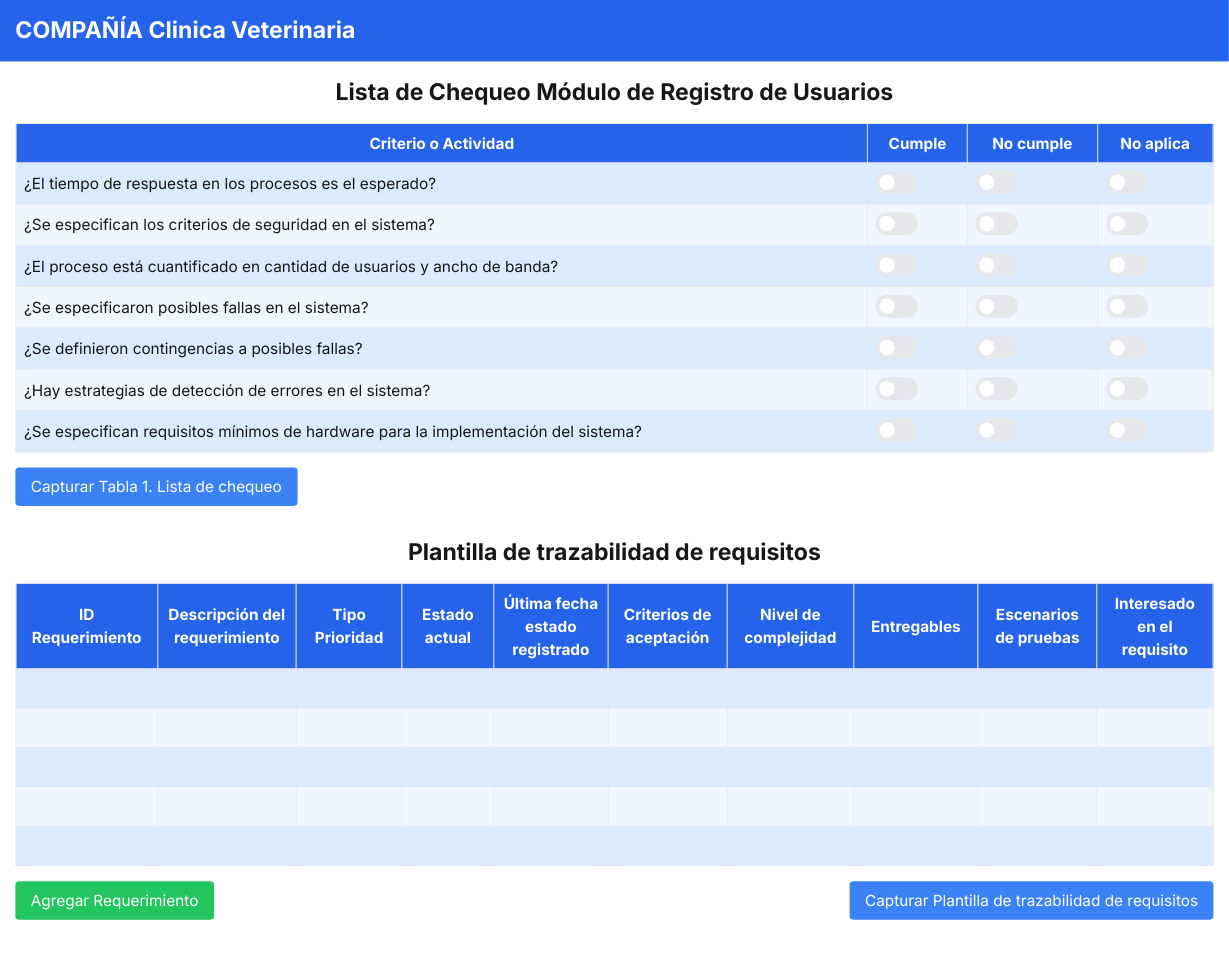
Repository: CiroAlfa/lista-de-Chequeo
Page: /
These files come from the project's save history. The page is drawn as it stood at one moment and after the next save; the edit follows.
The browser window is 1280 px wide. The pictures show the whole page, at 96% of full size.
The project was rebuilt for these pictures with package versions that can differ from the ones it lists, and the page was loaded fresh each time. The framework's server and built-in components were replaced by stand-ins that run in the browser. Also part of the build but not shown: next.config.mjs.

Above is the page before, as saved 2024-09-27 13:06:28.

After the next save:
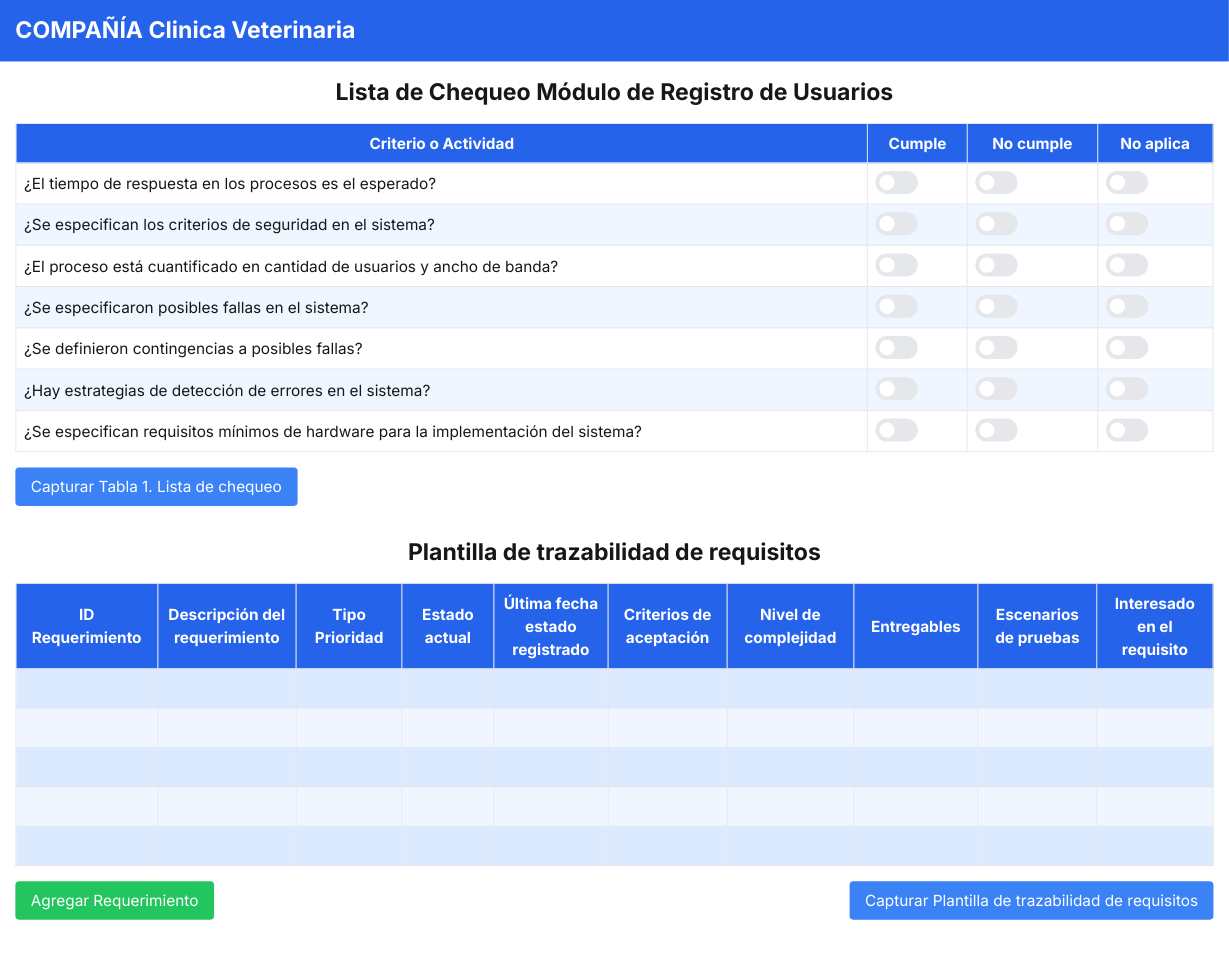
Saved 27 s later.
--- a/src/app/page.tsx
+++ b/src/app/page.tsx
@@ -116,7 +116,7 @@
           </thead>
           <tbody>
             {checklist.map((item, index) => (
-              <tr key={item.id} className={index % 2 === 0 ? 'bg-blue-100' : 'bg-blue-50'}>
+              <tr key={item.id} className={index % 2 === 0 ? 'bg-blue-1' : 'bg-blue-50'}>
                 <td className="border p-2">{item.criteria}</td>
                 <td className="border p-2">
                   <Switch

After the 2 saves that followed:
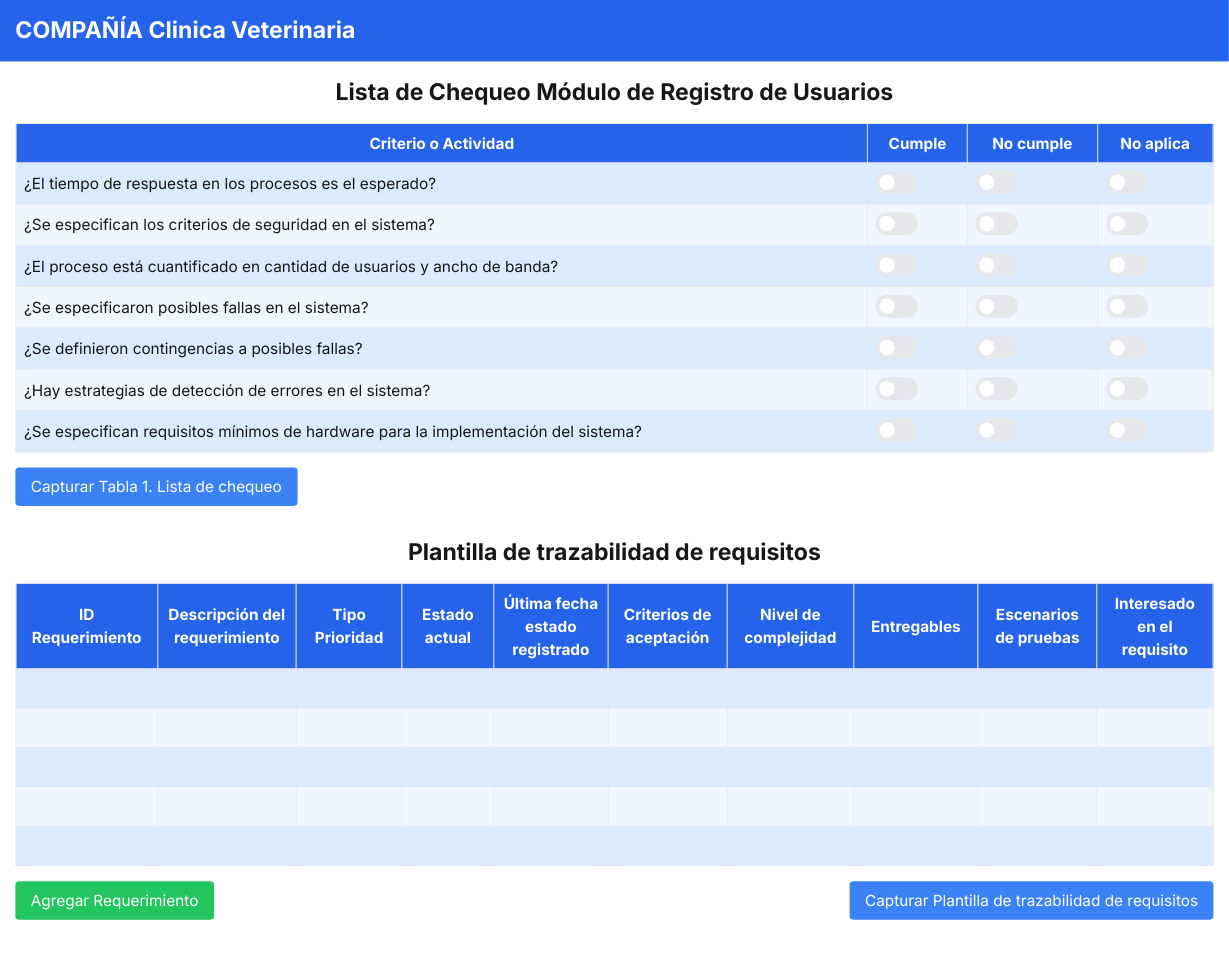
The 2 saves are shown as one change because 1 left the picture as it was.
The last was saved 20 s later.
--- a/src/app/page.tsx
+++ b/src/app/page.tsx
@@ -116,7 +116,7 @@
           </thead>
           <tbody>
             {checklist.map((item, index) => (
-              <tr key={item.id} className={index % 2 === 0 ? 'bg-blue-1' : 'bg-blue-50'}>
+              <tr key={item.id} className={index % 2 === 0 ? 'bg-blue-100' : 'bg-blue-50'}>
                 <td className="border p-2">{item.criteria}</td>
                 <td className="border p-2">
                   <Switch
